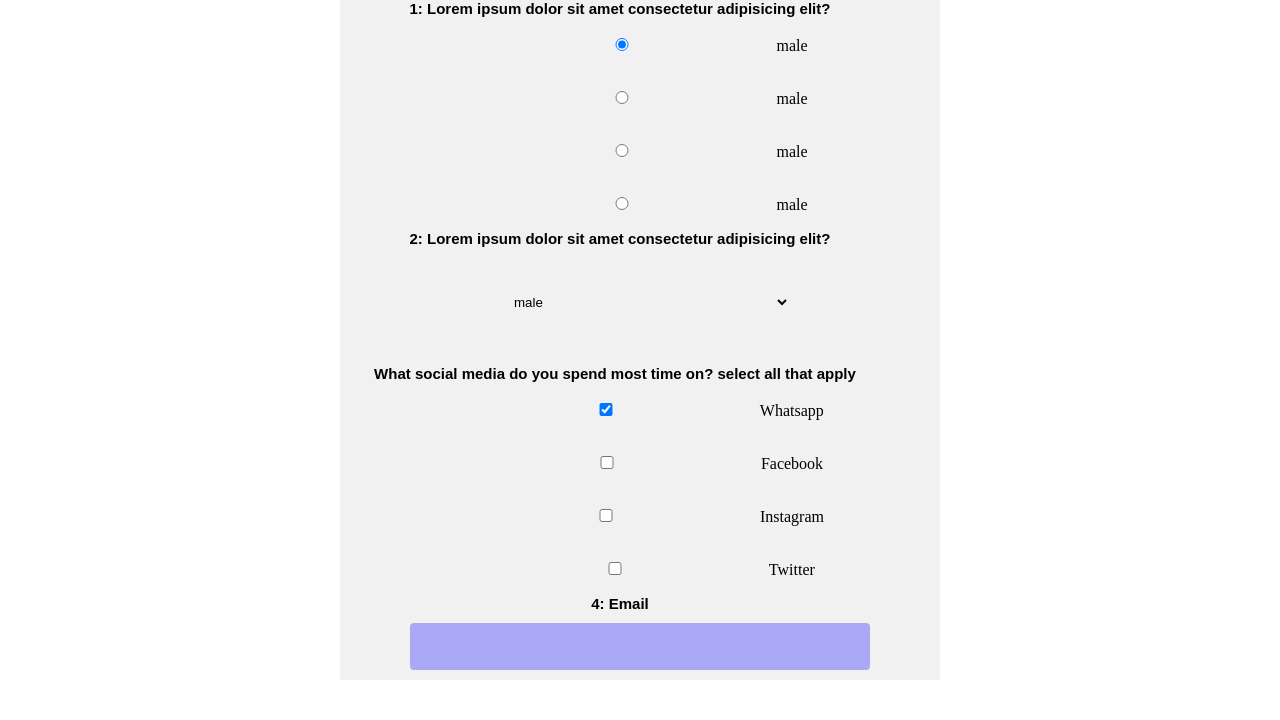
Repository: Grace229/Hasob-form
Page: index.html
These files come from the project's save history. The page is drawn as it stood at one moment and after a run of saves; the edit follows.
The browser window is 1280 px wide. The pictures show the whole page.

Above is the page before, as saved 2020-12-27 11:38:04.

### index.html
<!DOCTYPE html>
<html lang="en">
<head>
    <meta charset="UTF-8">
    <meta name="viewport" content="width=device-width, initial-scale=1.0">
    <title>Document</title>
    <link rel="stylesheet" href="style.css">
</head>
<body>
    <form>
        <!-- radio button -->
        <div>
            <label class="question" for="">1: Lorem ipsum dolor sit amet consectetur adipisicing elit? </label> <br>
                <input type="radio" name="gender" value="male" class="input" checked>
                <label> male</label>
                <input type="radio" name="gender" value="male" class="input">
                <label> male</label>
                <input type="radio" name="gender" value="male" class="input">
                <label> male</label>
                <input type="radio" name="gender" value="male" class="input">
                <label> male</label>

        </div>
        <!-- dropdown -->
        <div>
            <label  class="question" for="">2: Lorem ipsum dolor sit amet consectetur adipisicing elit? </label><br>
               <select name="grace" id="input">
                   <option value="male" class="check">
                    <label> male</label>
                   </option>
                   <option value="male" class="check">
                    <label> male</label>
                   </option>
                   <option value="male" class="check">
                    <label> male</label>
                   </option>
                   <option value="male" class="check">
                    <label> male</label>
                   </option>
               </select>
        </div>
        <!-- checkboxes -->
           <div>
            <label  class="question" for=""><p></p> What social media do you spend most time on? select all that apply</label><br>
               <input type="checkbox" name="gender" value="male" class="input" checked>
               <label> Whatsapp</label>
                <input type="checkbox" name="gender" value="male" class="input">
                <label> Facebook</label>
                <input type="checkbox" name="gender" value="male" class="input">
                <label> Instagram</label>
                <input type="checkbox" name="gender" value="male" class="input">
                <label> Twitter</label>
        </div>
        <!-- textbox -->
        <div>
            <label  class="question" for=""> 4: Email</label> <br>
            <input type="email" name="email" id="email">
        </div>
   </form>
</body>
</html>

### style.css
*{
    padding: 0;
    margin: 0;
}
.question{
    font-size: 15px;
    font-weight: bold;
    font-family: sans-serif;
    margin: 10px 50px 10px 10px;
}

.input{
    width: 50%;
    margin: 20px 0px 20px 0px;
}
.check{
    border: solid 1px black;
}
#input{
    width: 50%;
    margin: 30px 10px 20px 10px;
    border: none;
}
select{
    border: 1px  solid black;
    background-color:#f1f1f1;
    padding: 16px 20px;
    border-radius: 4px;
}
option{
    border: 1px solid black;
    font-size:  15px;
}
form{
    text-align: center;
    width: 600px;
    margin: auto;
    background-color: #f1f1f1;
}
#email{
    width: 70%;
    margin: 10px 10px 10px 10px;
    border: none;
    background-color: rgb(169, 169, 245);
    padding: 16px 20px;
    border-radius: 4px;
}
#email:focus{
    background-color: #ffffff;
    font-size: 20px;

}

After the next 2 saves:
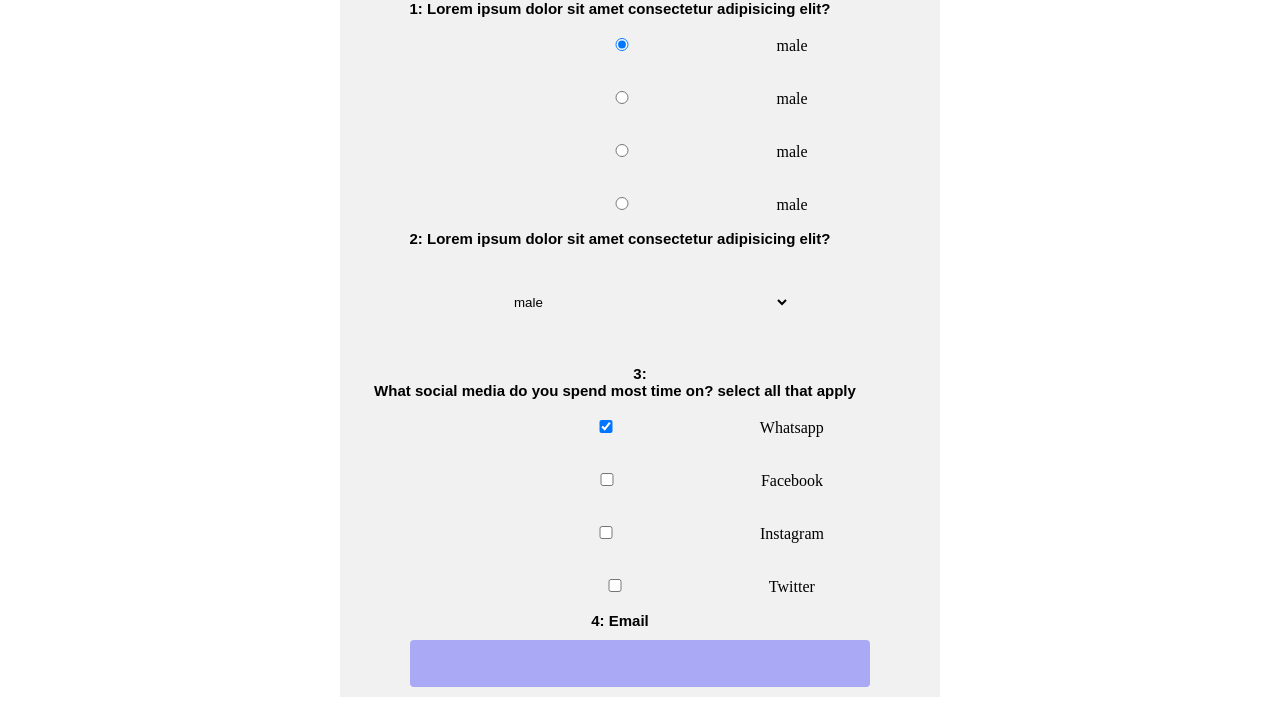
The 2 saves are shown as one change because they came seconds apart.
The last was saved 7 s later.
--- a/index.html
+++ b/index.html
@@ -41,7 +41,7 @@
         </div>
         <!-- checkboxes -->
            <div>
-            <label  class="question" for=""><p></p> What social media do you spend most time on? select all that apply</label><br>
+            <label  class="question" for=""><p>3:</p> What social media do you spend most time on? select all that apply</label><br>
                <input type="checkbox" name="gender" value="male" class="input" checked>
                <label> Whatsapp</label>
                 <input type="checkbox" name="gender" value="male" class="input">
